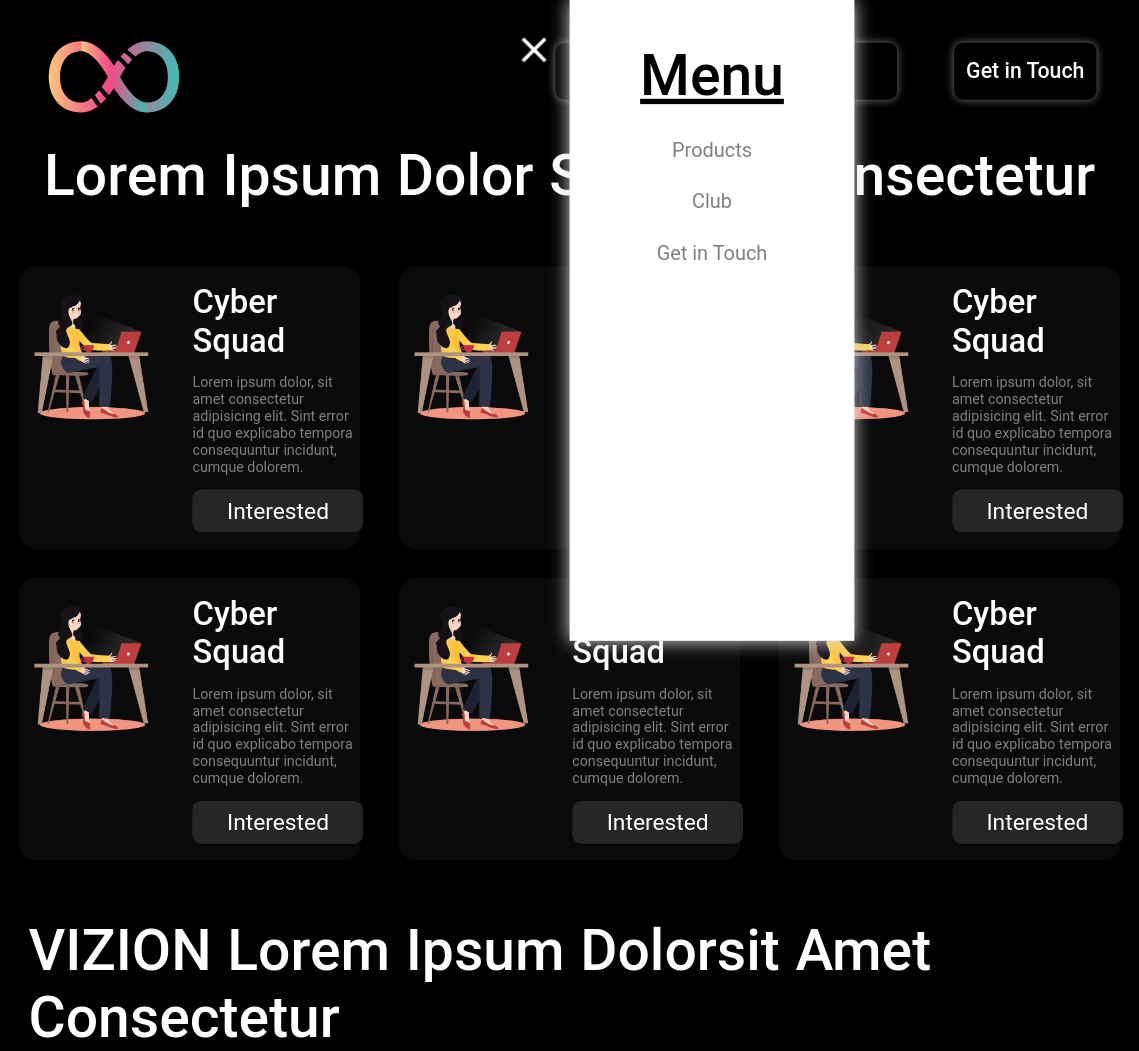
Repository: kapil4457/vizion-internship-project
Page: /
The author's editor kept a copy of each file at every save. The page is drawn from the files as they stood at one save, then again after the next save.
The browser window is 1280 px wide. The pictures show the whole page, at 89% of full size.
The project was rebuilt for these pictures with package versions that can differ from the ones it lists, and the page was loaded fresh each time. Also part of the build but not shown: src/index.css.

Above is the page before, as saved 2022-10-29 10:57:35.

After the next save:
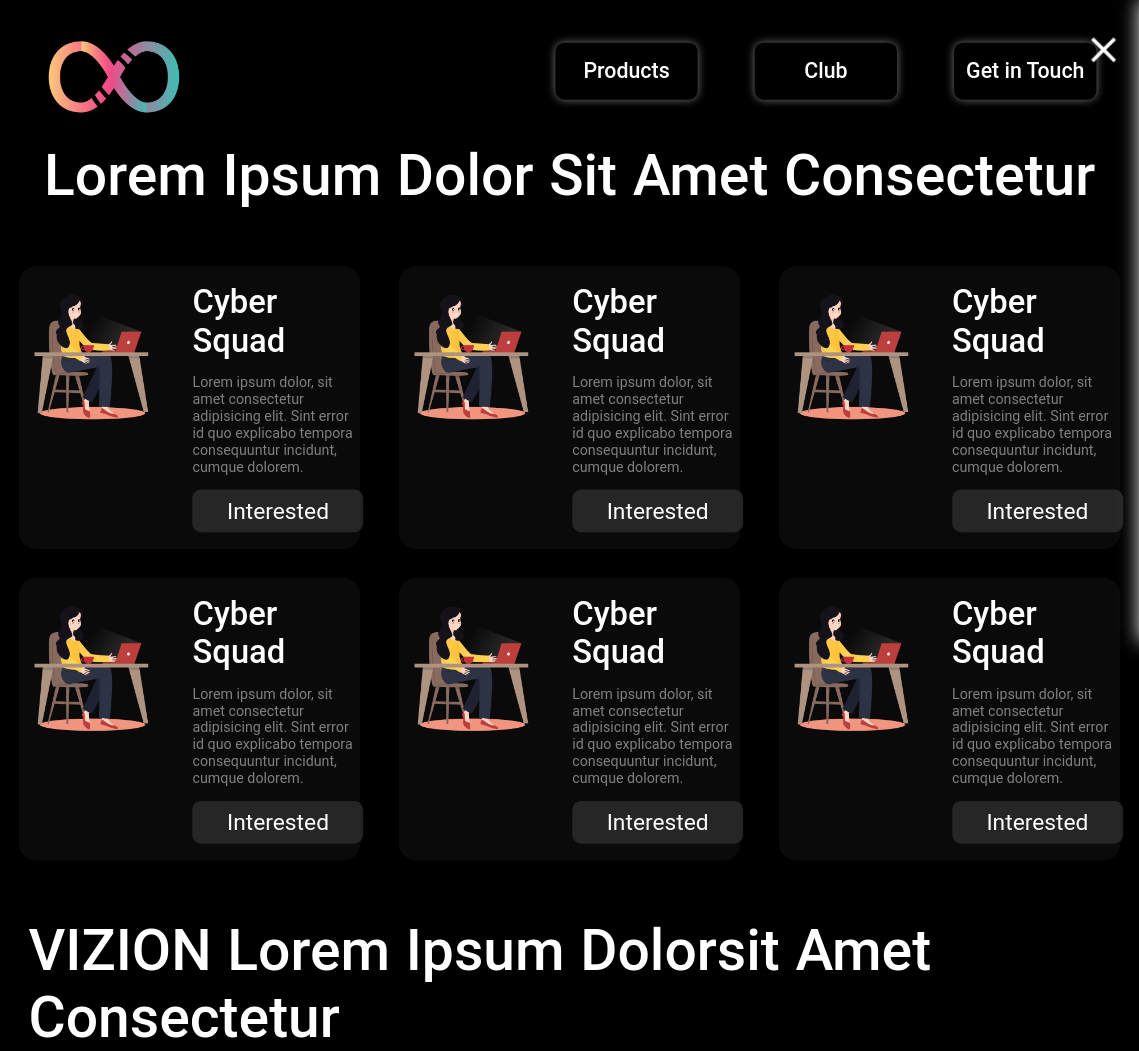
Saved 4 s later.
--- a/src/components/Header/Header.css
+++ b/src/components/Header/Header.css
@@ -61,7 +61,7 @@
     padding-top:3rem;
     gap:2rem;
     box-shadow: 0px 0px 20px gainsboro;
-    transform:translateX(-20rem)
+    transform:translateX(20rem)
 }
 .side-header > h2{
     font-size:4rem;
